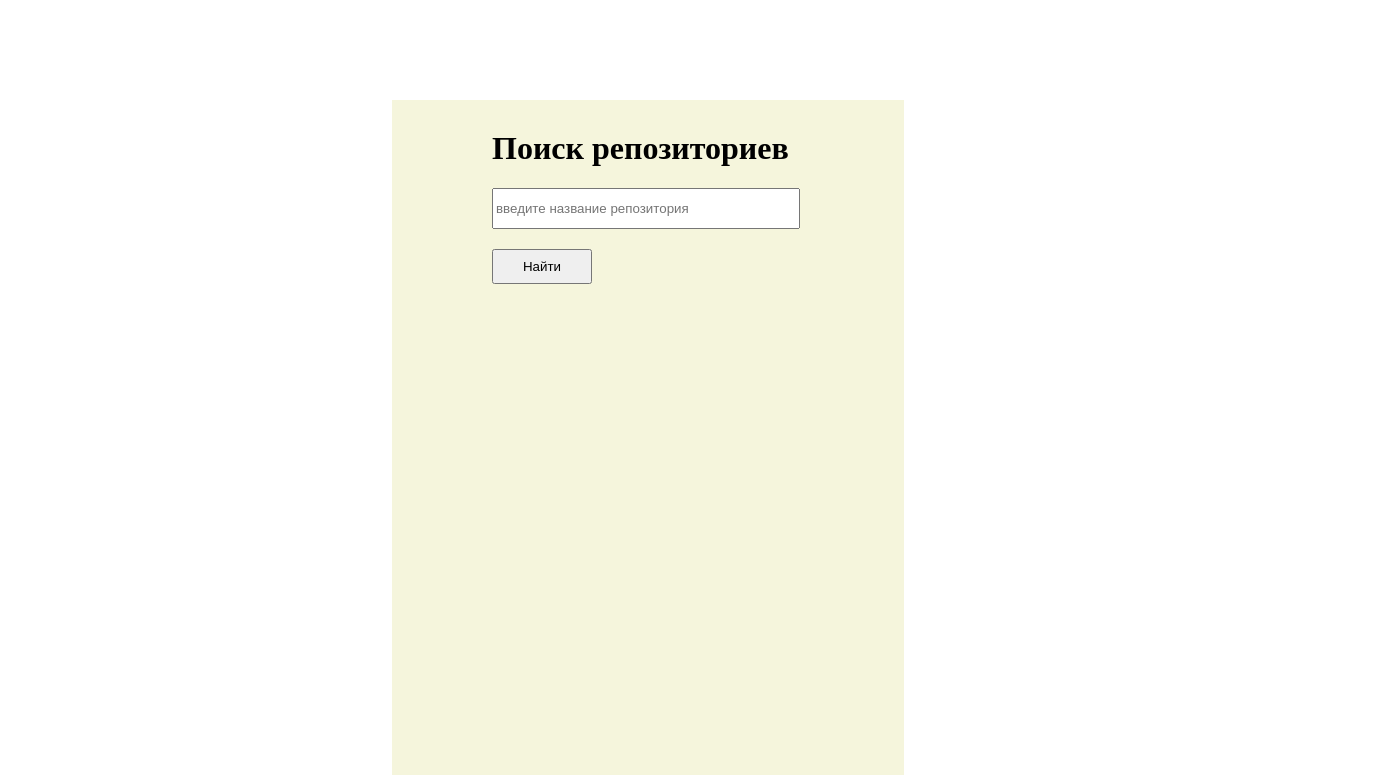
Repository: Grid-Master/repositoriesSearch
Page: index.html
These files come from the project's save history. The page is drawn as it stood at one moment and after the next save; the edit follows.
The browser window is 1280 px wide. The page is 1280 px wide, then 1388 px, then 1280 px, so the pictures cover 1388 px, including what lies to the right of the window. The pictures show the whole page.

Above is the page before, as saved 2023-03-13 22:21:40.

After the next save:
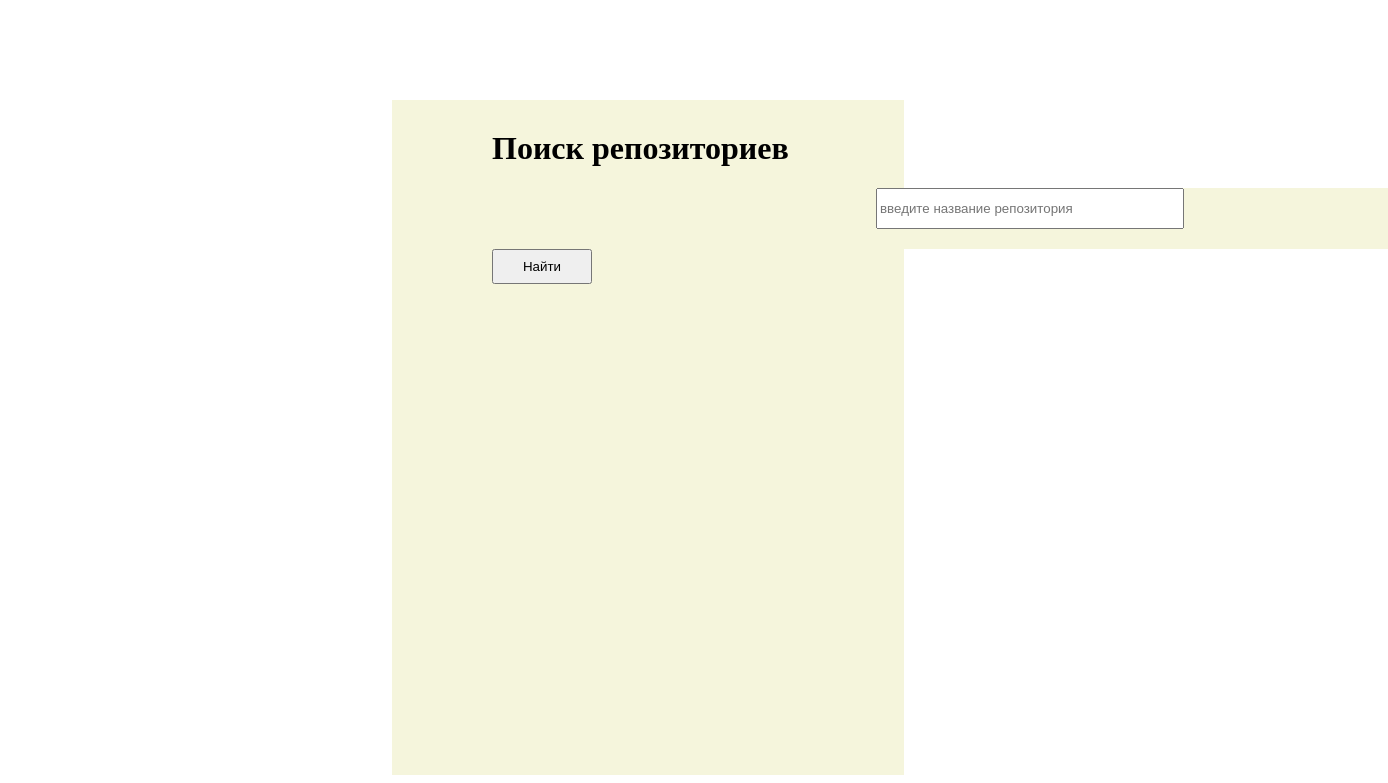
Saved 17 h 59 min later.
--- a/index.html
+++ b/index.html
@@ -56,7 +56,9 @@
     <div>
       <form id="form" onsubmit="searchRepositories(); return false">
         <h1>Поиск репозиториев</h1>
-        <input id="reposName" type="text" placeholder="введите название репозитория" />
+        <div>
+          <input id="reposName" type="text" placeholder="введите название репозитория" />
+        </div>
         <button type="submit">Найти</button>
       </form>
       <ul id="list"></ul>

After the save that followed:
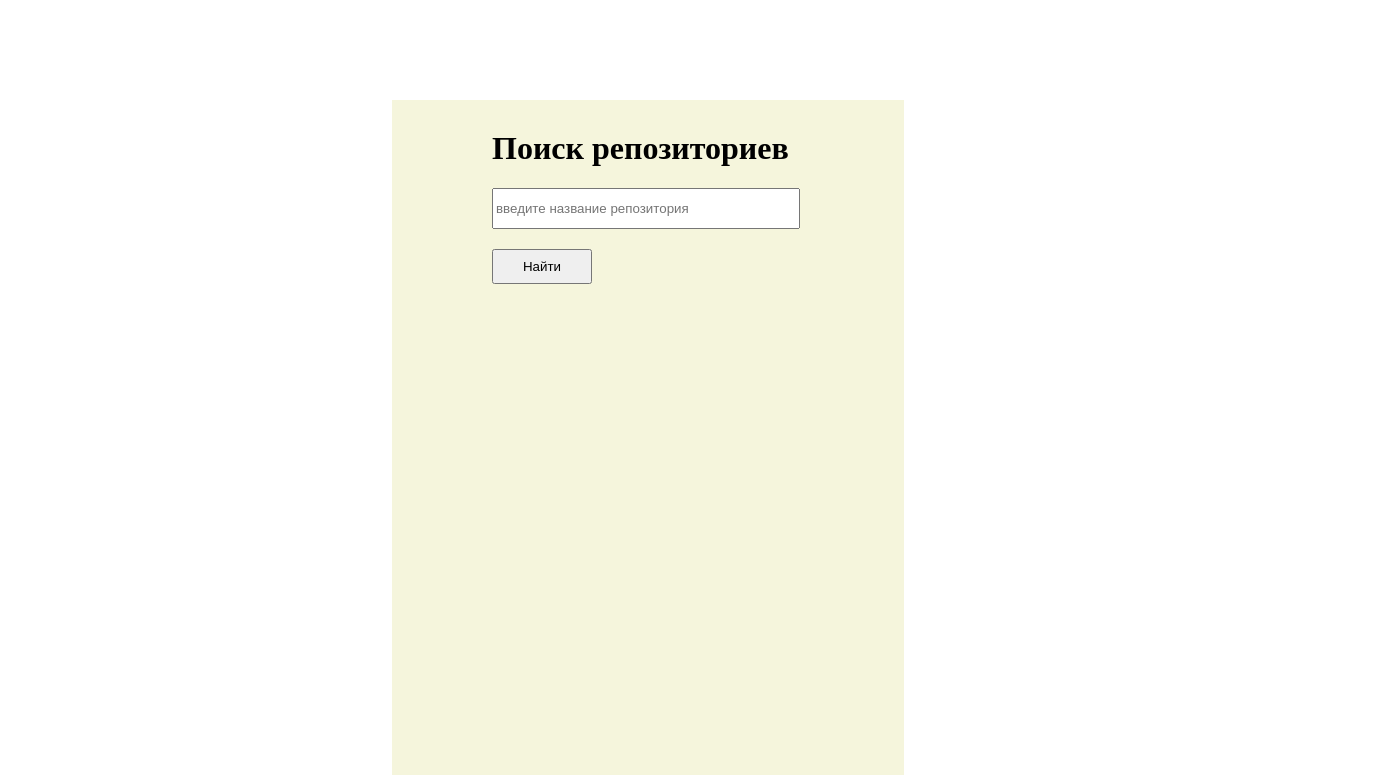
Saved 9 s later.
--- a/index.html
+++ b/index.html
@@ -56,9 +56,8 @@
     <div>
       <form id="form" onsubmit="searchRepositories(); return false">
         <h1>Поиск репозиториев</h1>
-        <div>
-          <input id="reposName" type="text" placeholder="введите название репозитория" />
-        </div>
+
+        <input id="reposName" type="text" placeholder="введите название репозитория" />
         <button type="submit">Найти</button>
       </form>
       <ul id="list"></ul>
